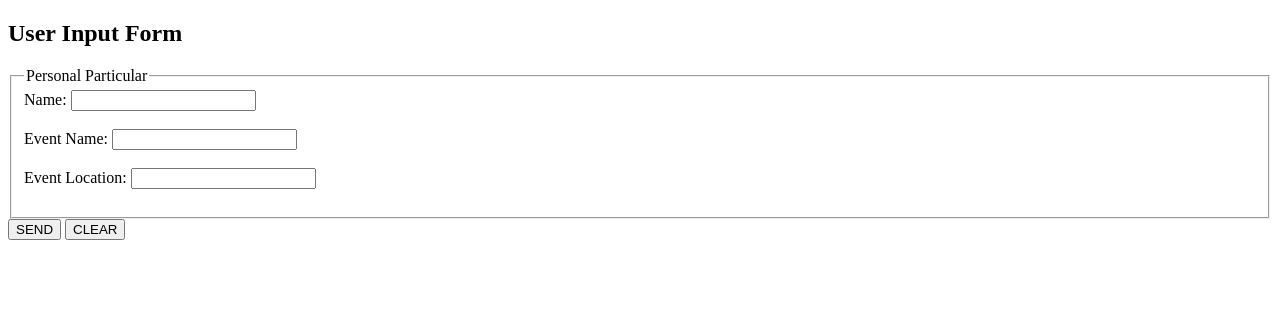
Repository: mitchellhuston/swe-techexercises
Page: mhuston-swe00/WebContent/CreateEvent.html
These files come from the project's save history. The page is drawn as it stood at one moment and after the next save; the edit follows.
The browser window is 1280 px wide. The pictures show the whole page.

Above is the page before, as saved 2017-09-13 12:25:55.

### mhuston-swe00/WebContent/CreateEvent.html
<!DOCTYPE html>
<html>
<head>
  <meta http-equiv='Content-Type' content='text/html; charset=UTF-8'>
  <title>User Input Form</title>
</head>

<body>
<h2>User Input Form</h2>
<form method="get" action="echo">
  <fieldset>
    <legend>Personal Particular</legend>
    Name: <input type="text" name="username" /><br /><br />
    Event Name: <input type="text" name="eventName" /><br /><br />
    Event Location: <input type="text" name="username" /><br /><br />
  </fieldset>

  <input type="submit" value="SEND" />
  <input type="reset" value="CLEAR" />
</form>
</body>
</html>

After the next save:
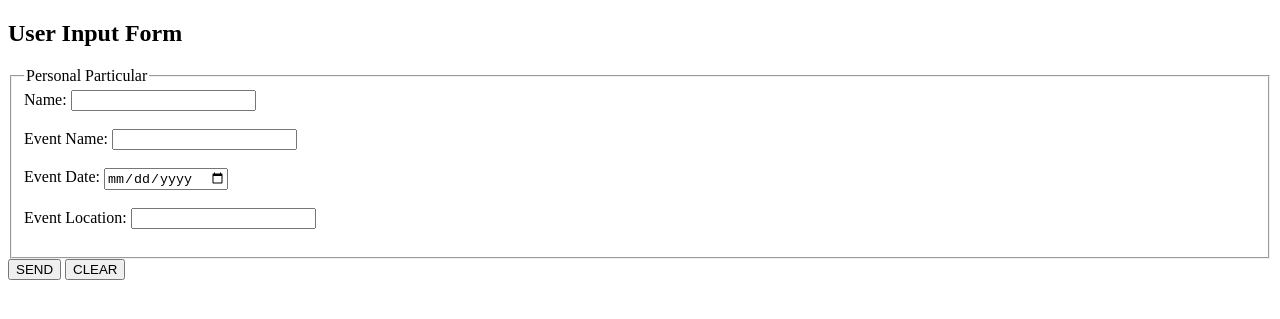
Saved 88 s later.
--- a/mhuston-swe00/WebContent/CreateEvent.html
+++ b/mhuston-swe00/WebContent/CreateEvent.html
@@ -12,7 +12,8 @@
     <legend>Personal Particular</legend>
     Name: <input type="text" name="username" /><br /><br />
     Event Name: <input type="text" name="eventName" /><br /><br />
-    Event Location: <input type="text" name="username" /><br /><br />
+    Event Date: <input type="date" name="date" /><br /><br />
+    Event Location: <input type="text" name="eventLocation" /><br /><br />
   </fieldset>
 
   <input type="submit" value="SEND" />
